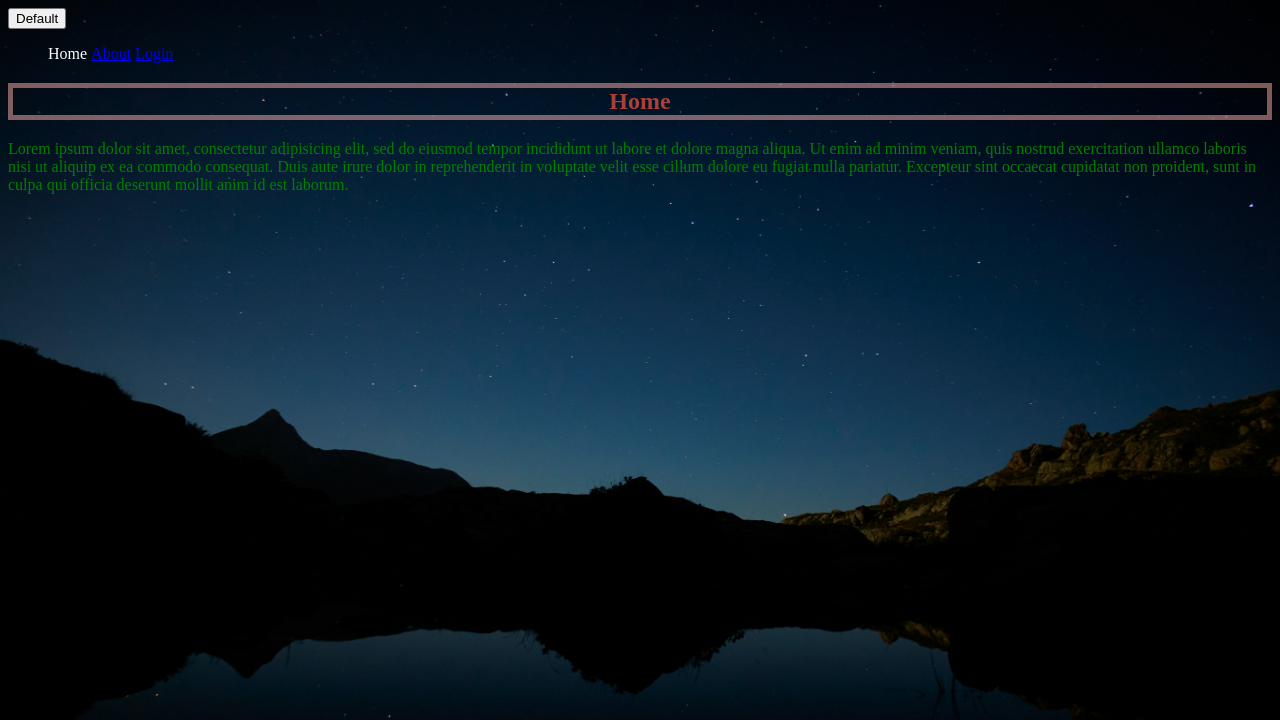
Repository: rileymeye1/ZTM
Page: project_files/index.html
An editor plug-in stored every save of this project. The page is shown before and after the next save, followed by the edit.
The browser window is 1280 px wide. The pictures show the whole page.

Above is the page before, as saved 2024-08-19 16:41:42.

### project_files/index.html

<!DOCTYPE html>
<html>
<head>
  <title>My first website!</title>
  <link rel="stylesheet" type="text/css" href="style.css">
</head>
<body>
  <button class="btn btn-primary">Default</button>
  <header>
    <nav>
      <ul>
        <li>Home</li>
        <li><a href="about.html">About</a></li>
        <li><a href="login.html">Login</a></li>
      </ul>
    </nav>
  </header>
  <section>
    <h2>Home</h2>
    <p>Lorem ipsum dolor sit amet, consectetur adipisicing elit, sed do eiusmod
    tempor incididunt ut labore et dolore magna aliqua. Ut enim ad minim veniam,
    quis nostrud exercitation ullamco laboris nisi ut aliquip ex ea commodo
    consequat. Duis aute irure dolor in reprehenderit in voluptate velit esse
    cillum dolore eu fugiat nulla pariatur. Excepteur sint occaecat cupidatat non
    proident, sunt in culpa qui officia deserunt mollit anim id est laborum.</p>
  </section>
</body>
</html>

### project_files/style.css
/* Selector {
  Property: value;
} */

body {
  background-image: url(background.jpg);
  background-size: cover;
}

h2 {
  color: #AA4139;
  text-align: center;
  border: 5px solid rgb(255, 176, 170, 0.5);
  cursor: pointer;
}

p {
  color: pink;
}

p {
  color: green;
}

li {
  list-style: none;
  color: white;
  display: inline-block;
}

After the next save:
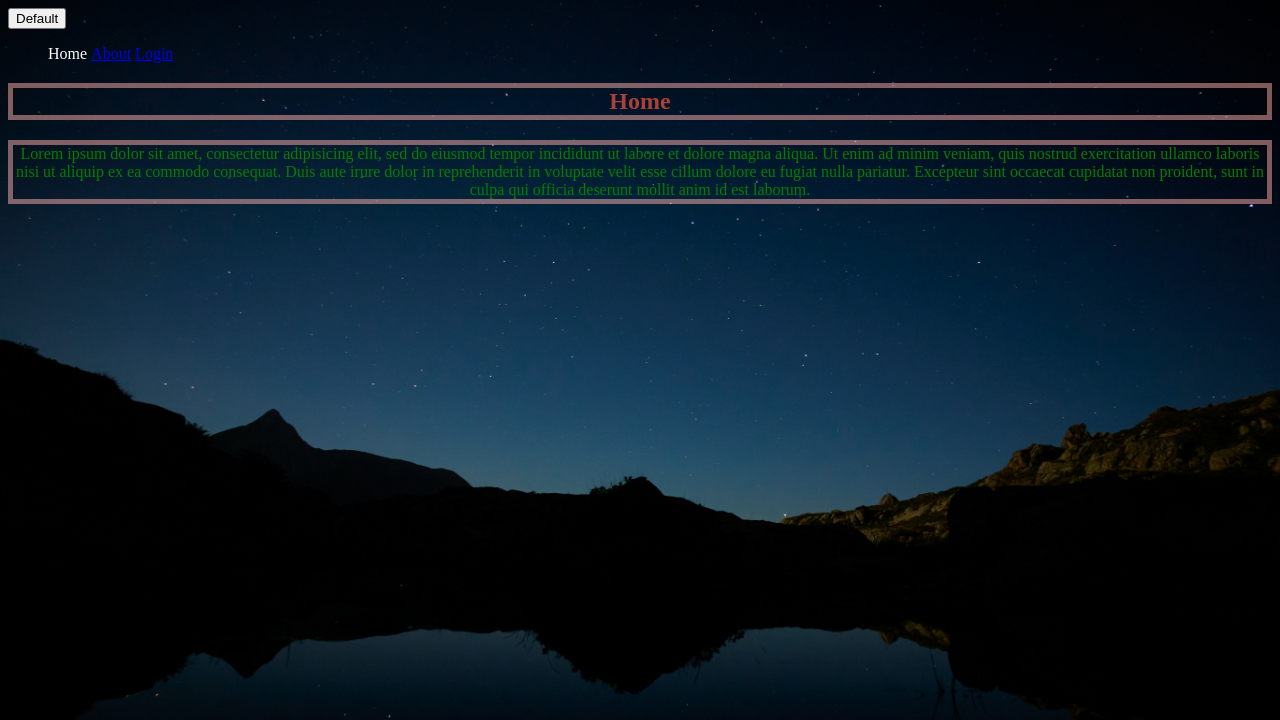
Saved 4 min 47 s later.
--- a/project_files/style.css
+++ b/project_files/style.css
@@ -7,7 +7,7 @@
   background-size: cover;
 }
 
-h2 {
+h2, p {
   color: #AA4139;
   text-align: center;
   border: 5px solid rgb(255, 176, 170, 0.5);
